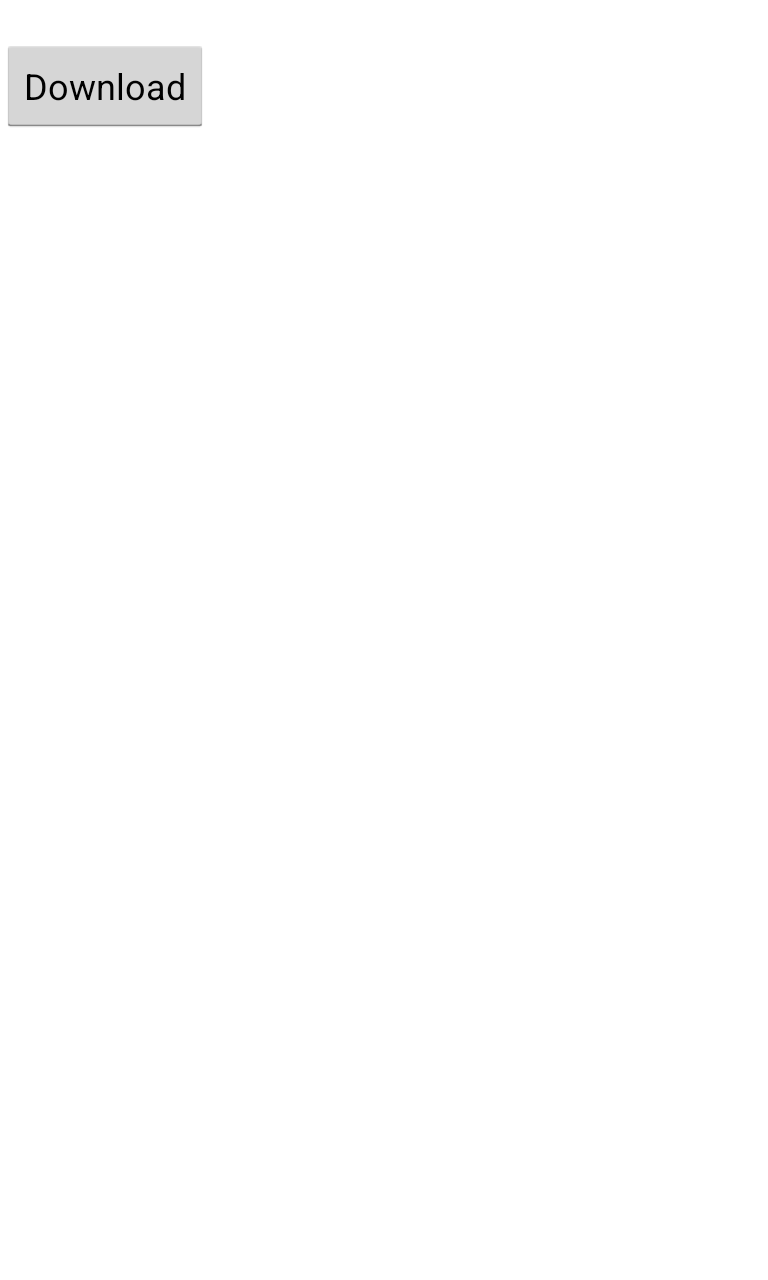
Repository: Liu-D-Henrry/Android
Layout: DemoAsyncTask/res/layout/async_task_test.xml
These files come from the project's save history. The layout is drawn as it stood at one moment and after the next save; the edit follows.
It is drawn on a 768 x 1280 px phone screen (xhdpi) without system bars, with theme AppTheme; the app's code is not run.

Above is the layout before, as saved 2013-08-28 10:12:49.

### DemoAsyncTask/res/layout/async_task_test.xml
<?xml version="1.0" encoding="utf-8"?>
<LinearLayout xmlns:android="http://schemas.android.com/apk/res/android"
    android:layout_width="match_parent"
    android:layout_height="match_parent"
    android:orientation="vertical" >

    <TextView
        android:id="@+id/content"
        android:layout_width="match_parent"
        android:layout_height="wrap_content" />

    <Button
        android:id="@+id/download"
        android:layout_width="wrap_content"
        android:layout_height="wrap_content"
        android:text="@string/button" />

</LinearLayout>

### DemoAsyncTask/res/values/strings.xml
<?xml version="1.0" encoding="utf-8"?>
<resources>

    <string name="app_name">DemoAsyncTask</string>
    <string name="action_settings">Settings</string>
    <string name="hello_world">Hello world!</string>

    <string name="button">Download</string>

</resources>

Loaded but not shown: DemoAsyncTask/res/values/styles.xml (common file); DemoAsyncTask/res/values-v11/styles.xml (common file); DemoAsyncTask/res/values-v14/styles.xml (common file)

After the next save:
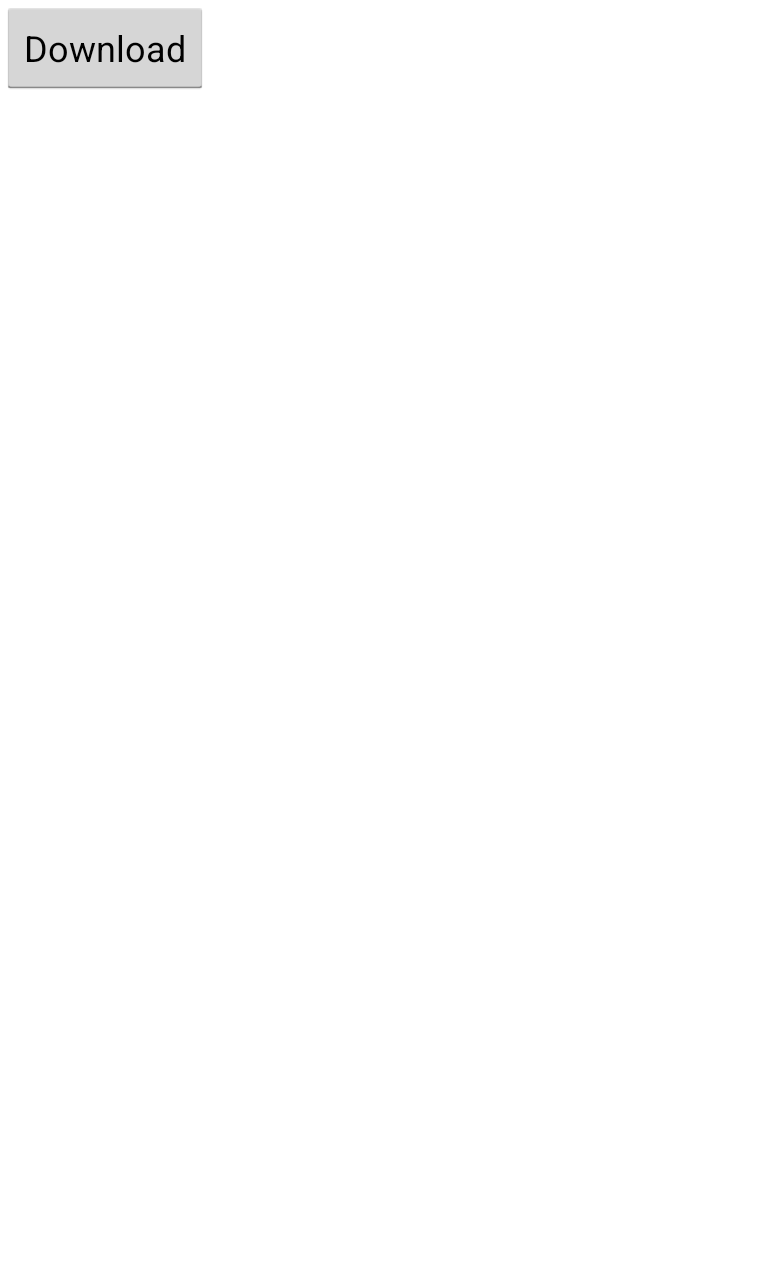
Saved 67 s later.
--- a/DemoAsyncTask/res/layout/async_task_test.xml
+++ b/DemoAsyncTask/res/layout/async_task_test.xml
@@ -4,10 +4,12 @@
     android:layout_height="match_parent"
     android:orientation="vertical" >
 
-    <TextView
-        android:id="@+id/content"
-        android:layout_width="match_parent"
-        android:layout_height="wrap_content" />
+    <ScrollView>
+    	<TextView
+        	android:id="@+id/content"
+        	android:layout_width="match_parent"
+        	android:layout_height="wrap_content" />
+    </ScrollView>
 
     <Button
         android:id="@+id/download"
